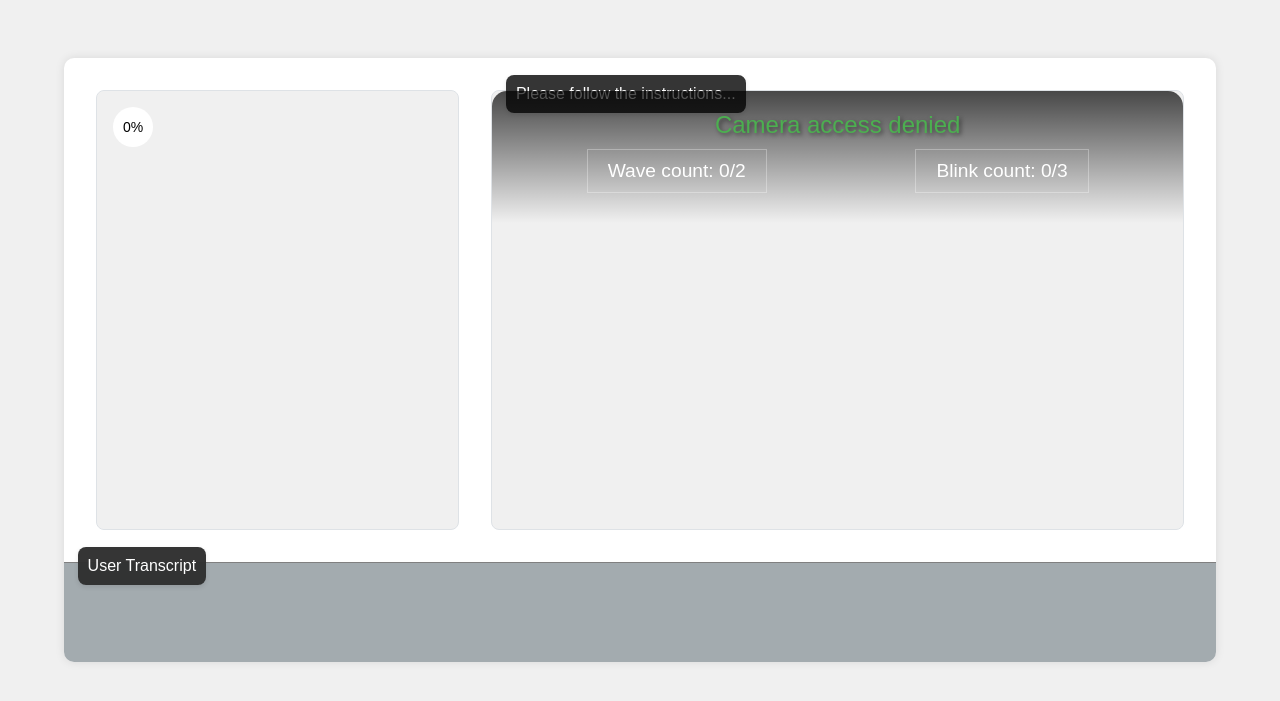
Repository: Ayaanns/E-kyc-BE-project
Page: http://localhost/
The author's editor kept a copy of each file at every save. The page is drawn from the files as they stood at one save, then again after the next save.
The browser window is 1280 px wide. The pictures show the whole page.
The page is served by the project's application, run on Django 4.2 (manage.py). A made-up administrator, testuser (Test User, test@example.com), is signed in. Other server files are loaded and not shown.

Above is the page before, as saved 2025-03-02 02:14:42.

### templates/home.html
<!DOCTYPE html>
<html lang="en">
<head>
    {% load static %}
    <meta charset="UTF-8">
    <meta name="viewport" content="width=device-width, initial-scale=1.0">
    <link rel="stylesheet" href="{% static 'styles.css' %}">
    <style>
        .webcam-feed {
            position: relative;
            width: 100%;
            height: auto;
        }

        .webcam-feed video {
            width: 100%;
            height: auto;
            border-radius: 15px;
            object-fit: cover;
        }

        /* Overlay container for status indicators */
        .status-overlay {
            position: absolute;
            top: 0;
            left: 0;
            right: 0;
            z-index: 10;
            padding: 20px;
            background: linear-gradient(to bottom, rgba(0,0,0,0.7) 0%, transparent 100%);
            border-radius: 15px 15px 0 0;
        }

        .status-indicators {
            display: flex;
            justify-content: space-around;
            margin: 10px 0;
            font-size: 1.2em;
        }

        .status-box {
            /* background: rgba(0,0,0,0.5); */
            padding: 10px 20px;
            /* border-radius: 8px; */
            text-align: center;
            color: white;
            border: 1px solid rgba(255,255,255,0.3);
        }

        .verification-message {
            font-size: 1.5em;
            color: #4caf50;
            text-align: center;
            margin: 0 0 10px 0;
            text-shadow: 2px 2px 4px rgba(0,0,0,0.5);
        }

        .questions {
            position: absolute;
            /* bottom: 20px; */
            /* left: 0;
            right: 0; */
            text-align: center;
            color: white;
            background: rgba(48, 48, 48, 0.973);
            padding: 10px;
            margin: 0 20px;
            border-radius: 8px;
        }
    </style>
</head>
<body>
    <div class="container">
        <div class="content">
            <div class="result-feed">
                <div class="completion-circle" id="completion-circle">0%</div>
            </div>
            <div class="webcam-feed">
                <video id="webcam" autoplay></video>
                <div class="status-overlay">
                    <div class="verification-message" id="messageText">Starting verification...</div>
                    <div class="status-indicators">
                        <div class="status-box">
                            Wave count: <span id="waveCount">0</span>/2
                        </div>
                        <div class="status-box">
                            Blink count: <span id="blinkCount">0</span>/3
                        </div>
                    </div>
                </div>
                <canvas id="canvasElement" style="display:none;"></canvas>
                <div class="questions" id="questions">Please follow the instructions...</div>
            </div>
        </div>
        <div class="transcript-section">
            <span class="questions">User Transcript</span>
            <p id="transcript"></p>
        </div>
    </div>

    <script>
        // Existing initialization code
        const video = document.getElementById('webcam');
        const canvas = document.getElementById('canvasElement');
        const ctx = canvas.getContext('2d');
        let verificationComplete = false;

        // Initialize webcam with human verification
        async function initCamera() {
            try {
                const stream = await navigator.mediaDevices.getUserMedia({ video: true });
                video.srcObject = stream;
                startVerificationProcess();
            } catch (err) {
                console.error("Error accessing camera:", err);
                document.getElementById('messageText').textContent = "Camera access denied";
            }
        }

        // Process frames for verification
        function processFrame() {
            if (verificationComplete) return;

            if (video.readyState === video.HAVE_ENOUGH_DATA) {
                canvas.width = video.videoWidth;
                canvas.height = video.videoHeight;
                ctx.drawImage(video, 0, 0);

                const frameData = canvas.toDataURL('image/jpeg');

                // Update the fetch URL to match the Django URL pattern
                fetch('{% url "process_frame" %}', {
                    method: 'POST',
                    headers: {
                        'Content-Type': 'application/json',
                        'X-CSRFToken': getCookie('csrftoken')
                    },
                    body: JSON.stringify({
                        frame: frameData
                    })
                })
                .then(response => response.json())
                .then(data => {
                    updateVerificationUI(data);
                    if (!data.phase_complete) {
                        requestAnimationFrame(processFrame);
                    }
                })
                .catch(err => {
                    console.error("Error:", err);
                    requestAnimationFrame(processFrame);
                });
            } else {
                requestAnimationFrame(processFrame);
            }
        }

        // Update UI with verification status
        function updateVerificationUI(data) {
            document.getElementById('messageText').textContent = data.message;
            document.getElementById('waveCount').textContent = data.wave_count;
            document.getElementById('blinkCount').textContent = data.blink_count;

            // Calculate completion percentage
            const totalSteps = 5; // 2 waves + 3 blinks
            const completedSteps = data.wave_count + data.blink_count;
            const percentage = Math.round((completedSteps / totalSteps) * 100);
            updateProgressCircle(percentage);

            if (data.phase_complete) {
                verificationComplete = true;
                startNLPProcess();
            }
        }

        // Existing helper functions
        function updateProgressCircle(percentage) {
            const circle = document.getElementById('completion-circle');
            circle.textContent = percentage + '%';
            circle.style.background = `conic-gradient(#4caf50 ${percentage * 3.6}deg, #ddd ${percentage * 3.6}deg)`;
        }

        function updateTranscript(data) {
            const transcript = document.getElementById('transcript');
            transcript.textContent = `First Name: ${data.first_name}, Last Name: ${data.last_name}, Age: ${data.age}, Phone: ${data.phone}`;
        }

        function askQuestion(question) {
            const questionsDiv = document.getElementById('questions');
            questionsDiv.textContent = question;
        }

        function startVerificationProcess() {
            document.getElementById('messageText').textContent = "Wave your hand to begin";
            processFrame();
        }

        // Modified startNLPProcess
        function startNLPProcess() {
            document.getElementById('messageText').textContent = "Verification complete! Starting voice recognition...";
            fetch('/nlp_process/')
                .then(response => response.json())
                .then(data => {
                    if (data.status === 'success') {
                        updateTranscript(data);
                        askQuestion("NLP process complete.");
                    } else {
                        askQuestion("NLP process failed.");
                    }
                })
                .catch(error => console.error('Error:', error));
        }

        // Get CSRF token
        function getCookie(name) {
            let cookieValue = null;
            if (document.cookie && document.cookie !== '') {
                const cookies = document.cookie.split(';');
                for (let i = 0; i < cookies.length; i++) {
                    const cookie = cookies[i].trim();
                    if (cookie.substring(0, name.length + 1) === (name + '=')) {
                        cookieValue = decodeURIComponent(cookie.substring(name.length + 1));
                        break;
                    }
                }
            }
            return cookieValue;
        }

        // Start the process
        document.addEventListener('DOMContentLoaded', (event) => {
            initCamera();
        });
    </script>
</body>
</html>

### ekyc/models.py
from django.db import models
from django.contrib.auth.models import AbstractBaseUser, PermissionsMixin, BaseUserManager
from django.utils import timezone
import random

class CustomUserManager(BaseUserManager):
    def create_user(self, email, username, password=None, **extra_fields):
        if not email:
            raise ValueError("The Email field must be set")
        email = self.normalize_email(email)
        user = self.model(email=email, username=username, **extra_fields)
        user.set_password(password)
        user.save(using=self._db)
        return user

    def create_superuser(self, email, username, password=None, **extra_fields):
        #extra_fields.setdefault('is_staff', True)
        extra_fields.setdefault('is_superuser', True)

        # if not extra_fields.get('is_staff'):
        #     raise ValueError("Superuser must have is_staff=True.")
        if not extra_fields.get('is_superuser'):
            raise ValueError("Superuser must have is_superuser=True.")

        return self.create_user(email, username, password, **extra_fields)

class CustomUser(AbstractBaseUser, PermissionsMixin):
    email = models.EmailField(unique=True)
    username = models.CharField(max_length=150, unique=True)
    is_active = models.BooleanField(default=True)
    pin = models.CharField(max_length=6)
    created_at = models.DateTimeField(auto_now_add=True)
    expires_at = models.DateTimeField(default=timezone.now)
    is_verified = models.BooleanField(default=True)

    objects = CustomUserManager()

    USERNAME_FIELD = 'email'
    REQUIRED_FIELDS = ['username']

    def __str__(self):
        return self.email


    def generate_pin(self):
        self.pin = str(random.randint(100000, 999999))
        self.expires_at = timezone.now() + timezone.timedelta(minutes=2)
        self.save()
        return self.pin

    def verify_pin(self, entered_pin):
        if timezone.now() > self.expires_at:
            return False, "PIN has Expired!"

        if self.pin != entered_pin:
            return False, "Incorrect PIN!"

        self.is_verified = True
        self.save()
        return True, "Email Successfully Verified!"


#models for sending the code and receving the code.
# class SendCode(models.Model): #for sending the code
#     email = models.OneToOneField(CustomUser, null=True, on_delete=models.CASCADE)
#     send_code = models.CharField(max_length=20)
#
#     def __str__(self):
#         return self.send_code
#
# class ReceivedCode(models.Model): #for sending the code
#     email = models.OneToOneField(CustomUser, null=True, on_delete=models.CASCADE)
#     receive_code = models.CharField(max_length=20)
#
#     def __str__(self):
#         return self.receive_code

# Create your models here.
class KYCSession(models.Model):
    name = models.CharField(max_length=100)
    birth_date = models.DateField()
    id_card_image = models.ImageField(upload_to='id_cards/')
    liveness_score = models.FloatField()
    result = models.TextField()
    created_at = models.DateTimeField(auto_now_add=True)

    def __str__(self):
        return self.name

### ekyc/views.py
from django.shortcuts import render, redirect
from django.urls import reverse_lazy
from django.contrib.auth.decorators import login_required
from django.contrib.auth import login, authenticate, get_user_model
from django.contrib.messages.views import SuccessMessageMixin
from django.contrib.auth.views import LoginView
from django.contrib import messages
from django.core.mail import send_mail
from django.conf import settings
from django.http import JsonResponse
from django.views.decorators.csrf import csrf_exempt
import numpy as np
import cv2
import json
import base64

import threading

from .forms import CustomUserCreationForm, CustomAuthenticationForm, PinVerificationForm
from ekyc import logger
from .models import CustomUser
from .HumanV import HumanVerificationSystem
from .NLP import UserInfo, get_user_info
from .OCR import capture_image_with_guide, extract_text_with_confidence, extract_aadhar_details

User = get_user_model()

def send_verification_email(user):
    subject = "Email Verification PIN"
    message = f"""
    Hello {user.username},

    Your email verification PIN is: {user.pin}

    This PIN will expire in 24 hours.

    Thank you,
    Your Website Team
    """
    from_email = settings.DEFAULT_FROM_EMAIL
    recipient_list = [user.email]

    send_mail(subject, message, from_email, recipient_list)

@login_required
def ekyc_home(request):
    return render(request, 'home.html')

def signup_view(request):
    logger.info("into the signup page view")
    if request.method == 'POST':
        form = CustomUserCreationForm(request.POST)
        if form.is_valid():
            user = form.save(commit=False)
            user.is_active = True  # User needs to be active to log in
            user.is_verified = False  # But not verified yet
            user.generate_pin()
            user.save()

            # Send verification email
            send_verification_email(user)

            # Log in the user after signup
            raw_password = form.cleaned_data.get('password1')
            user = authenticate(email=user.email, password=raw_password)
            if user is not None:
                login(request, user)
                messages.success(request, f"Verification PIN sent to {user.email}.")
                return redirect('verify_pin')
    else:
        form = CustomUserCreationForm()
    return render(request, 'signup.html', {'form': form})

@login_required
def verify_pin(request):
    user = request.user

    if user.is_verified:
        messages.info(request, "Your email is already verified.")
        return redirect("ekyc_home")

    if request.method == "POST":
        form = PinVerificationForm(request.POST)
        if form.is_valid():
            entered_pin = form.cleaned_data.get('pin')
            success, message = user.verify_pin(entered_pin)

            if success:
                user.is_verified = True
                user.save()
                messages.success(request, message)
                return redirect('ekyc_home')
            else:
                messages.error(request, message)
    else:
        form = PinVerificationForm()

    return render(request, 'signup.html', {'form': form})

class Login(SuccessMessageMixin, LoginView):
    template_name = 'login.html'
    success_url = reverse_lazy('ekyc_home')
    success_message = "Successfully logged in!"
    form_class = CustomAuthenticationForm

    def get_success_url(self):
        return self.success_url

    def form_valid(self, form):
        """Security check complete. Log the user in."""
        user = form.get_user()
        if not user.is_verified:
            messages.error(self.request, "Please verify your email before logging in.")
            login(self.request, user)
            return redirect('verify_pin')
        return super().form_valid(form)

#--MAIN FEATURS HERE ---------------------------------
@login_required
def process_video(request):
    logger.info("INTO THE process_video PAGE RIGHT NOW!")
    if request.method == "POST":
        video_feed = request.FILES.get('video')
        liveness_score = 0.95
        return JsonResponse({'liveness_score': liveness_score})
    return JsonResponse({'error': 'invalide request'})


@login_required
def process_id_card(request):
    logger.info("INTO THE process_id_card PAGE RIGHT NOW!")
    if request.method == "POST":
        id_image = request.FILES.get('id_image')
        result = "Valid ID"
        return JsonResponse({'result': result})
    return JsonResponse({'error': 'invalide request'})

def home(request):
    return render(request, 'home.html')

@login_required
def human_verification(request):
    """Handle both GET (initial page load) and POST (frame processing) requests"""
    if request.method == 'GET':
        return render(request, 'human_verification.html')

    elif request.method == 'POST':
        try:
            data = json.loads(request.body)
            frame_data = data.get('frame')

            if not frame_data:
                return JsonResponse({
                    'status': 'error',
                    'message': 'No frame data provided'
                })

            # Process the frame using verifier
            frame_bytes = base64.b64decode(frame_data.split(',')[1])
            frame_arr = np.frombuffer(frame_bytes, np.uint8)
            frame = cv2.imdecode(frame_arr, cv2.IMREAD_COLOR)

            result = verifier.verify_frame(frame)
            return JsonResponse(result)

        except Exception as e:
            logger.error(f"Error in human verification: {str(e)}")
            return JsonResponse({
                'status': 'error',
                'message': str(e)
            })

    return JsonResponse({
        'status': 'error',
        'message': 'Invalid request method'
    })

def nlp_process(request):
    user_info = UserInfo()
    stop_event = threading.Event()
    info_thread = threading.Thread(target=get_user_info, args=(stop_event, user_info))
    info_thread.start()
    info_thread.join()
    return JsonResponse({
        'status': 'success',
        'first_name': user_info.first_name,
        'last_name': user_info.last_name,
        'age': user_info.age,
        'phone': user_info.phone
    })

def ocr_process(request):
    image_path = capture_image_with_guide()
    if not image_path:
        return JsonResponse({'status': 'failure', 'message': 'Image capture failed.'})

    text_results = extract_text_with_confidence(image_path)
    if not text_results:
        return JsonResponse({'status': 'failure', 'message': 'No text could be extracted from the image.'})

    details = extract_aadhar_details(text_results)
    return JsonResponse(details)

verifier = HumanVerificationSystem()

@csrf_exempt
def process_frame(request):
    if request.method != 'POST':
        return JsonResponse({'error': 'Only POST requests are allowed'})

    try:
        data = json.loads(request.body)
        frame_data = data.get('frame')

        if not frame_data:
            return JsonResponse({'error': 'No frame data provided'})

        # Convert base64 to frame
        frame_bytes = base64.b64decode(frame_data.split(',')[1])
        frame_arr = np.frombuffer(frame_bytes, np.uint8)
        frame = cv2.imdecode(frame_arr, cv2.IMREAD_COLOR)

        # Process frame
        result = verifier.verify_frame(frame)
        return JsonResponse(result)

    except Exception as e:
        return JsonResponse({'error': str(e)})

@csrf_exempt
def capture_photo(request):
    if request.method != 'POST':
        return JsonResponse({'error': 'Only POST requests are allowed'})

    try:
        data = json.loads(request.body)
        frame_data = data.get('frame')

        if not frame_data:
            return JsonResponse({'error': 'No frame data provided'})

        # Convert base64 to frame
        frame_bytes = base64.b64decode(frame_data.split(',')[1])
        frame_arr = np.frombuffer(frame_bytes, np.uint8)
        frame = cv2.imdecode(frame_arr, cv2.IMREAD_COLOR)

        # Save photo
        filename = verifier.save_photo(frame)
        if filename:
            return JsonResponse({'success': True, 'filename': filename})
        else:
            return JsonResponse({'error': 'Failed to save photo'})

    except Exception as e:
        return JsonResponse({'error': str(e)})

### ekyc_project/urls.py
"""
URL configuration for ekyc_project project.

The `urlpatterns` list routes URLs to views. For more information please see:
    https://docs.djangoproject.com/en/4.2/topics/http/urls/
Examples:
Function views
    1. Add an import:  from my_app import views
    2. Add a URL to urlpatterns:  path('', views.home, name='home')
Class-based views
    1. Add an import:  from other_app.views import Home
    2. Add a URL to urlpatterns:  path('', Home.as_view(), name='home')
Including another URLconf
    1. Import the include() function: from django.urls import include, path
    2. Add a URL to urlpatterns:  path('blog/', include('blog.urls'))
"""

from django.contrib import admin
from django.urls import path, include

urlpatterns = [
    path("admin/", admin.site.urls),
    path('', include('ekyc.urls')),  # Include ekyc app URLs
]

### ekyc/urls.py
from django.urls import path
from . import views

urlpatterns = [
    path('', views.ekyc_home, name="ekyc_home"),
    path('process_video/', views.process_video, name="process_video"),
    path('process_id_card/', views.process_id_card, name="process_id_card"),
    path('human_verification/', views.human_verification, name='human_verification'),
    path('nlp_process/', views.nlp_process, name='nlp_process'),
    path('ocr_process/', views.ocr_process, name='ocr_process'),
    path('process_frame/', views.process_frame, name='process_frame'),
    path('capture_photo/', views.capture_photo, name='capture_photo'),

    #login related routes
    path('login/', views.Login.as_view(), name="login"),
    path('signup/', views.signup_view, name="signup"),
    path('verify/', views.verify_pin, name="verify_pin"),
]

### ekyc/static/styles.css
* {
    margin: 0;
    padding: 0;
    box-sizing: border-box;
}

body {
    font-family: Arial, sans-serif;
    background-color: #f0f0f0;
    height: 100vh;
    display: flex;
    justify-content: center;
    align-items: center;
}

.container {
    width: 90%;
    max-width: 1200px;
    background: white;
    border-radius: 10px;
    box-shadow: 0 0 10px rgba(0,0,0,0.1);
    overflow: hidden;
}

.navbar {
    background: #f8f9fa;
    padding: 1rem;
    border-bottom: 1px solid #dee2e6;
}

.content {
    display: flex;
    padding: 2rem;
    gap: 2rem;
    height: 70vh;
}

.webcam-feed {
    flex: 2;
    background: #f0f0f0;
    border-radius: 8px;
    padding: 1rem;
    position: relative;
    border: 1px solid#dee2e6;
}

.result-feed {
    flex: 1;
    background: #f0f0f0;
    border-radius: 8px;
    padding: 1rem;
    border: 1px solid#dee2e6;
}

.questions {
    top: -1em;
    left: -.4em;
    position: absolute;
    background: white;
    padding: 0.5rem 1rem;
    border-radius: 20px;
    box-shadow: 0 2px 5px rgba(0,0,0,0.1);
}

.transcript-section {
    border-top: 1px solid gray;
    position: relative;
    text-align: left;
    background-color:#a3abaf;
    padding: 2em;
    height: 100px;
}

.completion-circle {
    right: 20px;
    bottom: 20px;
    width: 40px;
    height: 40px;
    border-radius: 50%;
    background: white;
    display: flex;
    align-items: center;
    justify-content: center;
    font-size: 14px;
}

/* Placeholder circles for demo */
/*
.circle {
    width: 100px;
    height: 100px;
    border-radius: 50%;
    border: 2px solid #dee2e6;
    margin: 20px auto;
}

.eye-shape {
    width: 200px;
    height: 100px;
    border-radius: 0 0 100px 100px;
    border: 2px solid #dee2e6;
    margin: 20px auto;
    transform: rotate(180deg);
}
*/

After the next save:
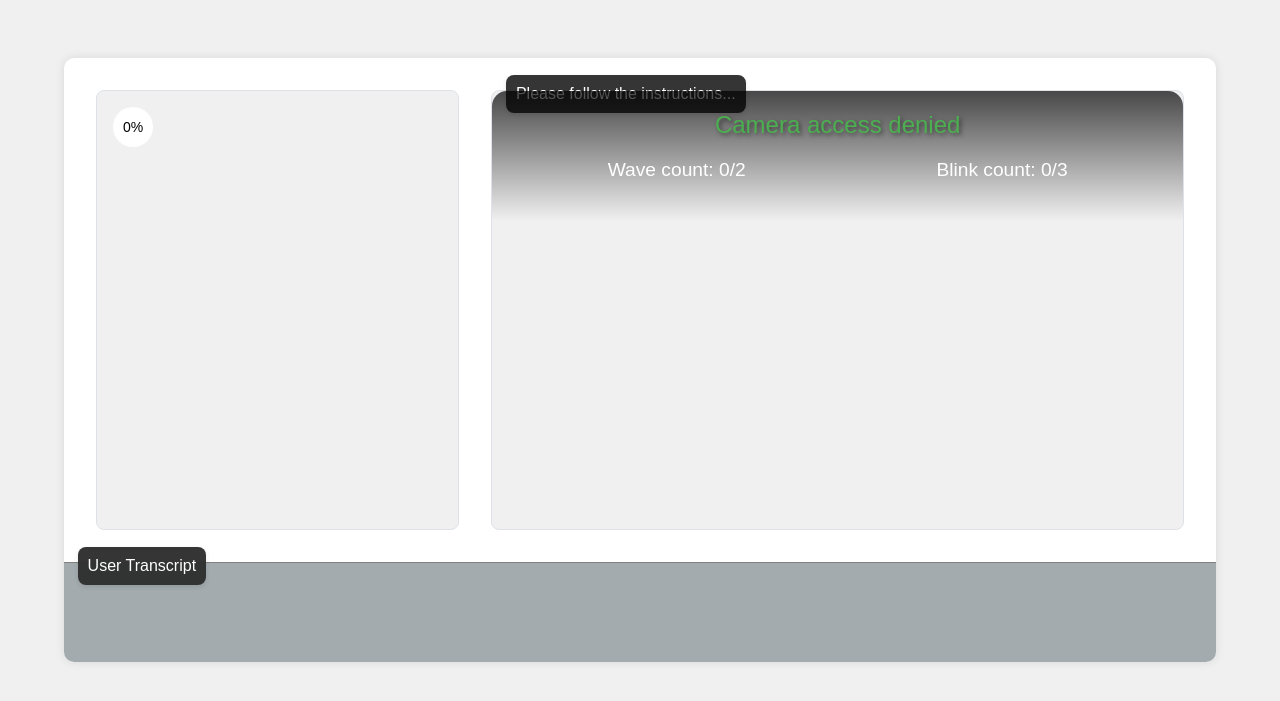
Saved 11 s later.
--- a/templates/home.html
+++ b/templates/home.html
@@ -44,7 +44,7 @@
             /* border-radius: 8px; */
             text-align: center;
             color: white;
-            border: 1px solid rgba(255,255,255,0.3);
+            /* border: 1px solid rgba(255,255,255,0.3); */
         }
 
         .verification-message {
